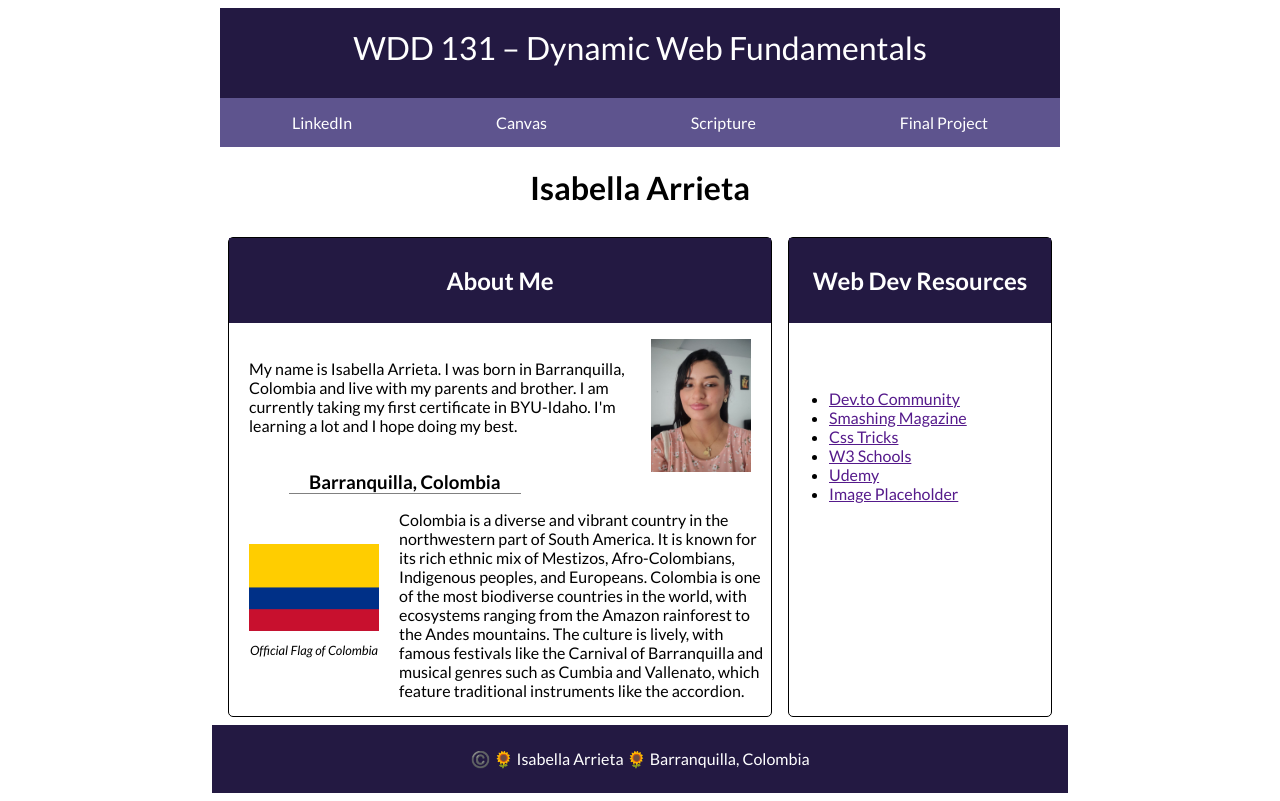
Repository: isaAJ05/wdd131
Page: index.html
An editor plug-in stored every save of this project. The page is shown before and after the next save, followed by the edit.
The browser window is 1280 px wide. The pictures show the whole page.
Some web fonts or font styles are not loaded; a fallback is used.

Above is the page before, as saved 2025-07-04 03:37:49.
Console error: TypeError: Cannot set properties of null (setting 'innerHTML')

### index.html
<!DOCTYPE html>
<html lang="en">
<head>
    <meta charset="UTF-8">
    <meta name="viewport" content="width=device-width, initial-scale=1.0">
    <title>WDD 131 – Dynamic Web Fundamentals – Isabella Arrieta</title>
    <meta name="description" content="WDD 131 – Dynamic Web Fundamentals Isabella Arrieta, This is a page about me">
    <meta name="author" content="Isabella Arrieta">
    <link rel="stylesheet" href="styles/base.css">
    <link rel="preconnect" href="https://fonts.googleapis.com">
    <link rel="preconnect" href="https://fonts.gstatic.com" crossorigin>
    <link href="https://fonts.googleapis.com/css2?family=Lato:ital,wght@0,100;0,300;0,400;0,700;0,900;1,100;1,300;1,400;1,700;1,900&family=Open+Sans:ital,wght@0,300..800;1,300..800&family=Play:wght@400;700&family=Raleway:ital,wght@0,100..900;1,100..900&display=swap" rel="stylesheet">
    <script src="scripts/getdates.js" defer></script>
</head>
<body>
    <header>
        <div class="header-title">
            <span id="course-title">WDD 131 – Dynamic Web Fundamentals</span>
        </div>
        <nav>
            <a href="https://www.linkedin.com/in/isabella-arrieta/">LinkedIn</a>
            <a href="https://byupw.instructure.com/">Canvas</a>
            <a href="https://www.churchofjesuschrist.org/study/scriptures/bofm/alma/30?lang=eng&id=p44#p44">Scripture</a>
            <a href="">Final Project</a>

        </nav>
    </header>
    <main>

        <h1>Isabella Arrieta</h1>
        <section class="card">
            <div class="rectangle">
                <h2>About Me</h2>
            </div>
            <div class="presentation">
            <img src ="images/isa-picture.jpg" alt="Isabella Arrieta picture">
            <p>My name is Isabella Arrieta. I was born in Barranquilla, Colombia and live with my parents and brother. I am currently taking my first certificate in BYU-Idaho. I'm learning a lot and I hope doing my best. </p>
            <h3>Barranquilla, Colombia</h3>
            </div>
            <div class="country">
            <figure>
                <img src ="images/640px-Flag_of_Colombia.svg.webp" alt="Colombia flag">
                <figcaption>Official Flag of Colombia</figcaption>
            </figure>
            <p>Colombia is a diverse and vibrant country in the northwestern part of South America. It is known for its rich ethnic mix of Mestizos, Afro-Colombians, Indigenous peoples, and Europeans. Colombia is one of the most biodiverse countries in the world, with ecosystems ranging from the Amazon rainforest to the Andes mountains. The culture is lively, with famous festivals like the Carnival of Barranquilla and musical genres such as Cumbia and Vallenato, which feature traditional instruments like the accordion.</p>
            </div>
            </section>
        <section class="card">
            <div class="rectangle">
                <h2>Web Dev Resources</h2>
            </div>
                <ul>
                <li><a href="">Dev.to Community</a></li>
                <li><a href="">Smashing Magazine</a></li>
                <li><a href="">Css Tricks</a></li>
                <li><a href="">W3 Schools</a></li>
                <li><a href="">Udemy</a></li>
                <li><a href="">Image Placeholder</a></li>
            </ul>

        </section>
    </main>
    <footer>
        <p>
            ©️<span id="currentyear"></span> 🌻 Isabella Arrieta 🌻 Barranquilla, Colombia
        </p>
        <p>
            <span id="lastModified"></span>
        </p>
    </footer>

</body>
</html>

### styles/base.css
:root {
    --primary-color: #231942;
    --secondary-color: #5e548e;
    --accent1-color: #ffafcc;
    --accent2-color: #bde0fe;
    --accent3-color: #a2d2ff;
    --font: "Lato", sans-serif;
}
header, main, footer {
    width: 840px;
    margin: 0 auto;
    font-family: var(--font);
}
.course-title{
    display: block;

}
.header-title {
    color:white;
	height: 50px;
    padding: 20px;
    font-size: 2rem;
    text-align: center;
    background: var(--primary-color);

}

nav{
    display: flex;
    justify-content: space-around;
    text-decoration: none;
    background: var(--secondary-color);
}
nav a{
    color: #fff;
    text-decoration: none;
    padding: 15px;
}

nav a:hover {
	text-decoration: overline;
}

/* larger/wider views **************************/
@media (min-width: 640px) {
	nav ul {
		display: flex;
	}

	nav ul li {
		flex: 1 0 auto;
}

main{
    display: grid;
    grid-template: auto 1fr / 2fr 1fr;
}
main h1{
    grid-column: 1/3;
    text-align: center;
}
section{
    border: 1px solid black;
    border-radius: 5px;
    margin: 8px;
}

.card .rectangle{
    color:white;
    padding: 8px;
    text-align: center;
    background: var(--primary-color);


}
.presentation img{
    float: right;
    padding: 0px 20px 20px 20px;
    width:100px ;
    height: auto;

}
.presentation p{
    padding: 20px 20px;
}
.card h3{
    display: inline-block;
    border-bottom: 1px solid gray;
    padding: 0 20px;
    margin: 0 60px;
    text-align: center;
    align-items: center;
}

.country{
    display: flex;
    flex: 1 0 auto;
    align-items: center;
}
.card figure{
    margin: 0;
    padding: 0;
}
.card figure img{
    width: 130px;
    height: auto;
    padding: 0 20px;
}
.card figure figcaption{
    text-align: center;
    font-style: italic;
    padding: 8px;
    font-size: 0.8rem;
}


.card ul{
    padding-top: 50px;
}

footer{
    color:  #fff;
    background: var(--primary-color);
    text-align: center;
    padding: 8px;
}

### scripts/getdates.js
const year = document.querySelector("#year");
const today = new Date();
year.innerHTML = `getFullYear(): <span class="highlight">${today.getFullYear()}</span>`;

After the next save:
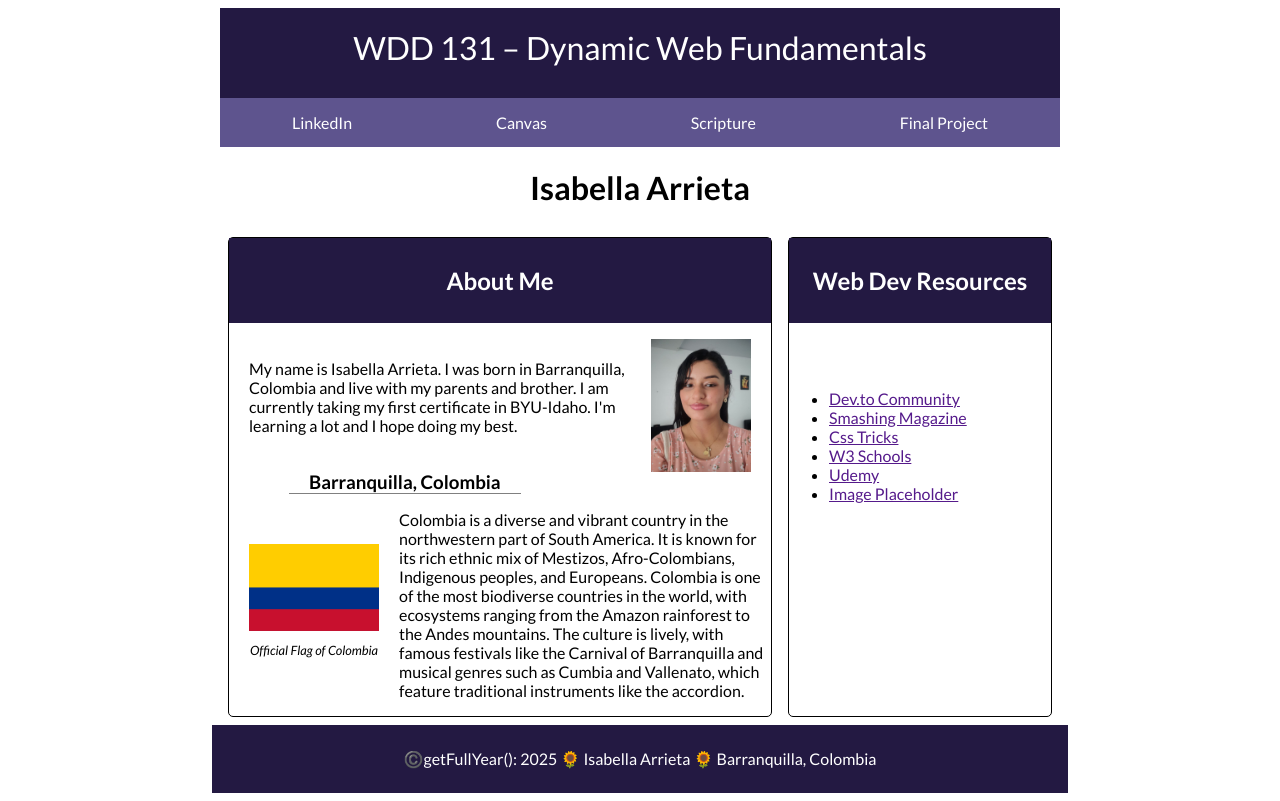
The error is gone.
Saved 62 s later.
--- a/scripts/getdates.js
+++ b/scripts/getdates.js
@@ -1,3 +1,3 @@
-const year = document.querySelector("#year");
+const year = document.querySelector("#currentyear");
 const today = new Date();
 year.innerHTML = `getFullYear(): <span class="highlight">${today.getFullYear()}</span>`;
